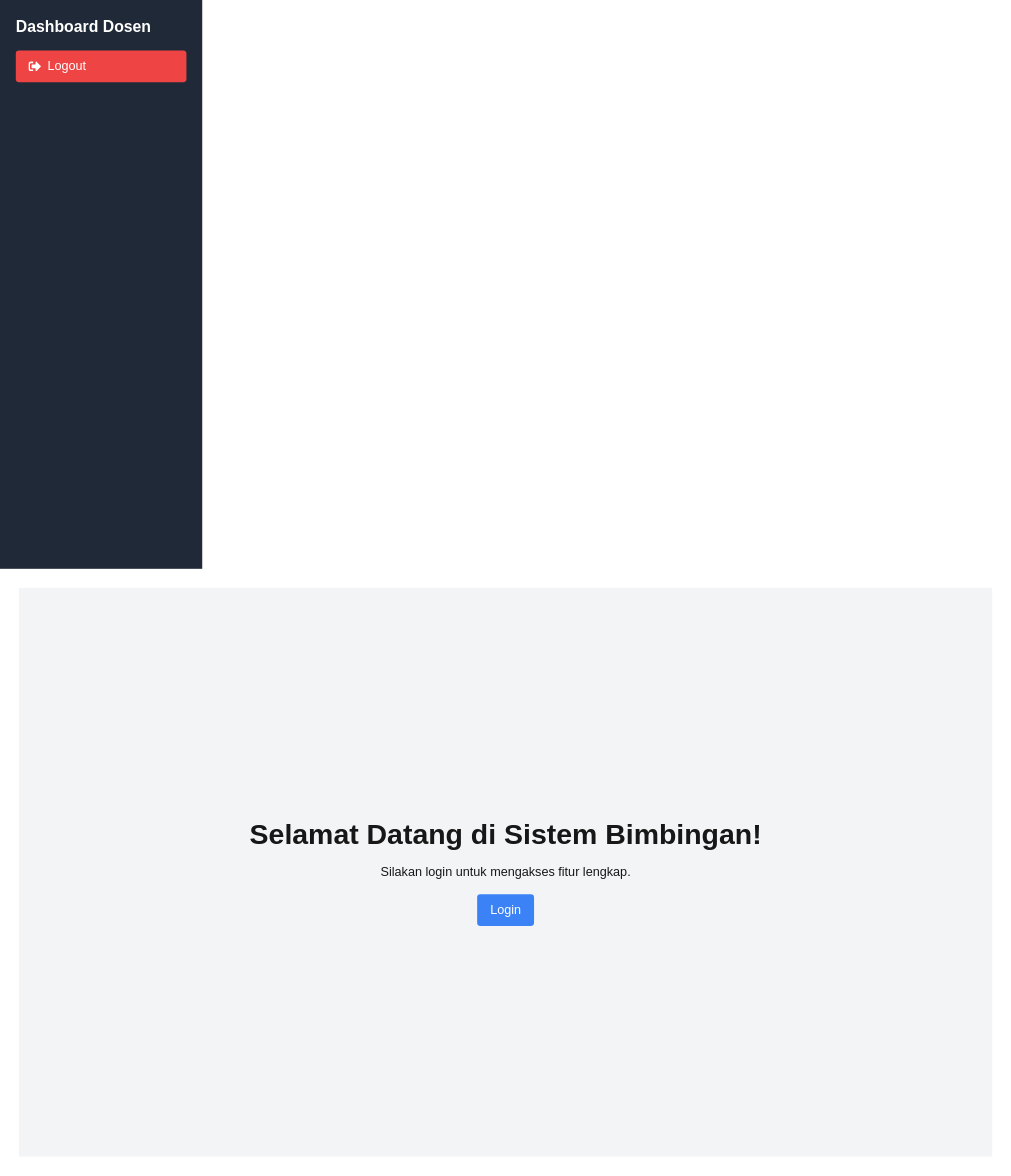
Repository: rizki220700/bimbinganku
Page: /
These files come from the project's save history. The page is drawn as it stood at one moment and after a run of saves; the edit follows.
The browser window is 1280 px wide. The pictures show the whole page, at 79% of full size.
The page's requests for data from a server got no answer. The project was rebuilt for these pictures with package versions that can differ from the ones it lists, and the page was loaded fresh each time. The framework's server and built-in components were replaced by stand-ins that run in the browser. No one was signed in, and anything a server would have sent is missing. Also part of the build but not shown: next.config.ts.

Above is the page before, as saved 2025-03-12 15:11:20.

After the next 3 saves:
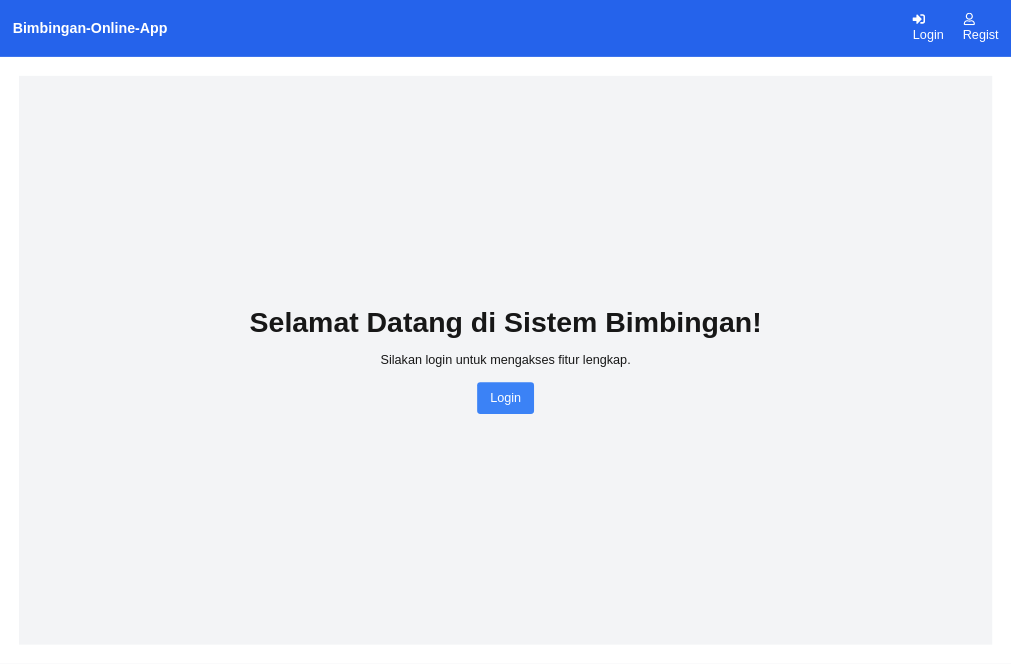
The 3 saves are shown as one change because 1 did not build or start and some came seconds apart.
The last was saved 76 s later.
--- a/src/app/layout.tsx
+++ b/src/app/layout.tsx
@@ -19,8 +19,7 @@ export default function RootLayout({ children }: LayoutProps) {
     return (
         <html lang="en">
             <body>
-
-                <SidebarDosen />
+                <Header />
                 <main className="p-6">{children}</main>
             </body>
         </html>
